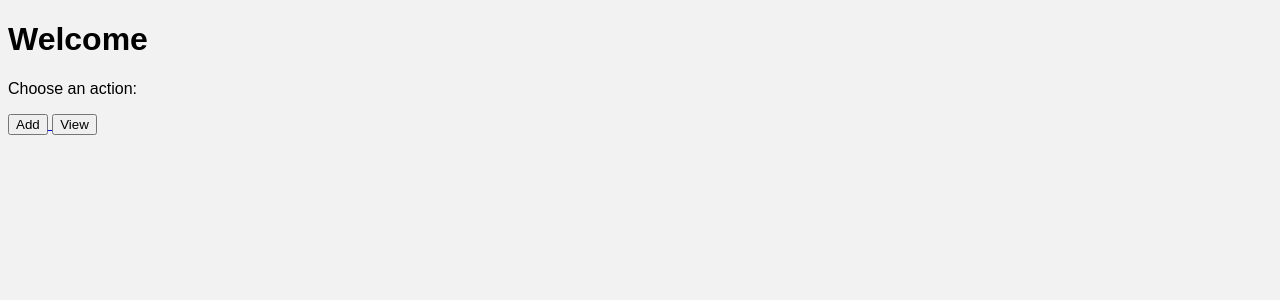
Repository: ashwinii19/Core-Java-Learning
Page: http://localhost/Employee_Management_System/
An editor plug-in stored every save of this project. The page is shown before and after the next save, followed by the edit.
The browser window is 1280 px wide. The pictures show the whole page.
The page is served by Tomcat 9.

Above is the page before, as saved 2025-08-24 06:15:45.

After the next save:
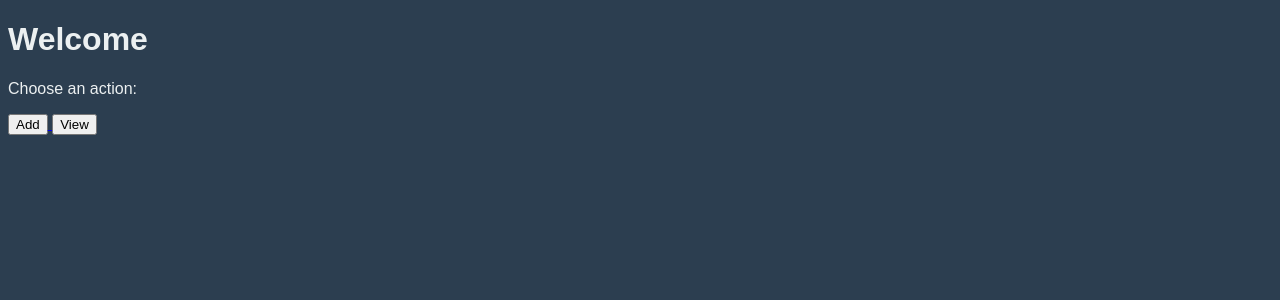
Saved 22 s later.
--- a/Employee Management System/src/main/webapp/index.jsp
+++ b/Employee Management System/src/main/webapp/index.jsp
@@ -5,11 +5,12 @@
 <head>
 <style>
   body {
-    background-color: #f2f2f2; /* Light gray */
-    color: #000; /* Black text */
+    background-color: #2c3e50; /* Dark blue-gray */
+    color: #ecf0f1; /* Light text for contrast */
     font-family: Arial, sans-serif;
   }
 </style>
+
 
 <meta charset="ISO-8859-1">
 <title>Employee Management System</title>

After the save that followed:
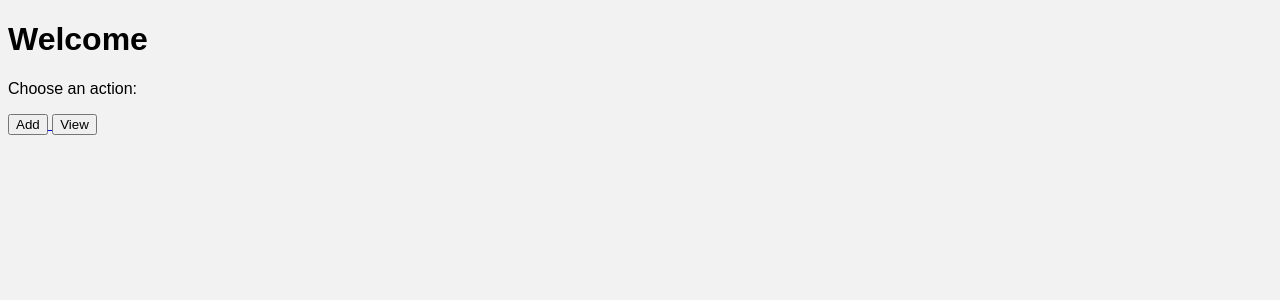
Saved 24 s later.
--- a/Employee Management System/src/main/webapp/index.jsp
+++ b/Employee Management System/src/main/webapp/index.jsp
@@ -3,18 +3,17 @@
 <!DOCTYPE html>
 <html>
 <head>
-<style>
-  body {
-    background-color: #2c3e50; /* Dark blue-gray */
-    color: #ecf0f1; /* Light text for contrast */
-    font-family: Arial, sans-serif;
-  }
-</style>
+  <meta charset="ISO-8859-1">
+  <title>Your Page</title>
+  <style>
+    body {
+      background-color: #f2f2f2;
+      color: #000;
+      font-family: Arial, sans-serif;
+    }
+  </style>
+</head>
 
-
-<meta charset="ISO-8859-1">
-<title>Employee Management System</title>
-</head>
 <body>
 	<h1>Welcome</h1>
 	<p>Choose an action: </p>
